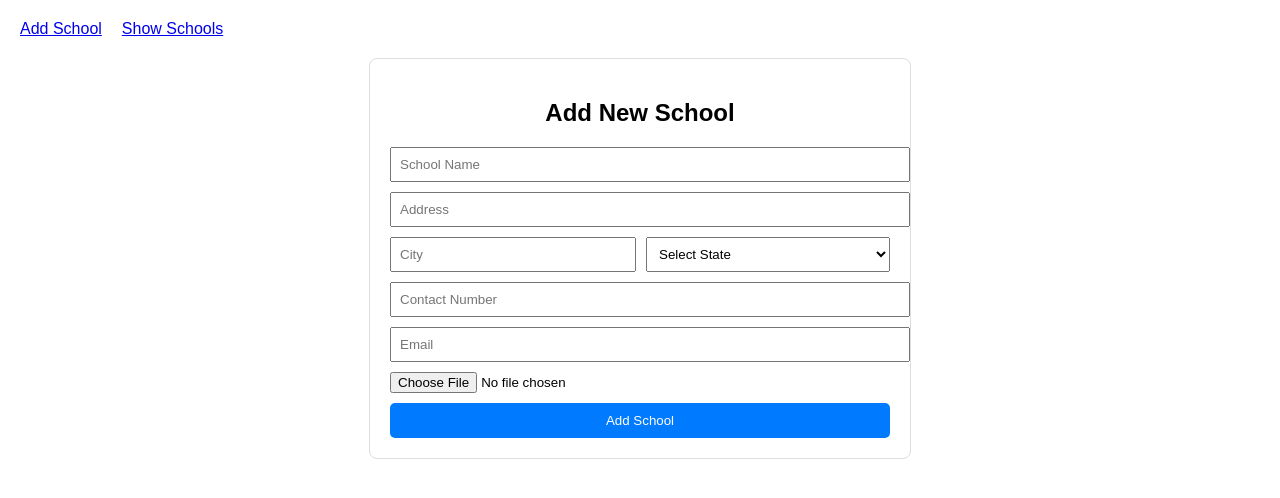
Repository: vigneshmudgonda/school_web
Page: /add (app in frontend/)
An editor plug-in stored every save of this project. The page is shown before and after the next save, followed by the edit.
The browser window is 1280 px wide. The pictures show the whole page.
The page's requests for data from a server got no answer. The project was rebuilt for these pictures with package versions that can differ from the ones it lists, and the page was loaded fresh each time. No one was signed in, and anything a server would have sent is missing. Also part of the build but not shown: frontend/src/pages/ShowSchools.jsx.

Above is the page before, as saved 2025-09-02 10:48:38.

### frontend/src/index.css
body {
  font-family: Arial, sans-serif;
  margin: 0;
  padding: 20px;
}

.navbar {
  display: flex;
  gap: 20px;
  margin-bottom: 20px;
}

.form-container {
  max-width: 400px;
  margin: auto;
  display: flex;
  flex-direction: column;
  gap: 10px;
}

button {
  padding: 10px;
  background: #0077ff;
  color: white;
  border: none;
  cursor: pointer;
}

button:hover {
  background: #0055cc;
}

.error {
  color: red;
  font-size: 12px;
}

.schools-container {
  display: grid;
  grid-template-columns: repeat(auto-fit, minmax(250px, 1fr));
  gap: 20px;
}

.school-card {
  border: 1px solid #ddd;
  padding: 15px;
  text-align: center;
  border-radius: 8px;
  background: #fafafa;
}

.school-card img {
  width: 100%;
  height: 150px;
  object-fit: cover;
  border-radius: 6px;
}

### frontend/src/App.js
import React from "react";
import { BrowserRouter as Router, Routes, Route, Link } from "react-router-dom";
import AddSchool from "./pages/AddSchool";
import ShowSchools from "./pages/ShowSchools";

const App = () => {
  return (
    <Router>
      <nav className="navbar">
        <Link to="/add">Add School</Link>
        <Link to="/show">Show Schools</Link>
      </nav>
      <Routes>
        <Route path="/add" element={<AddSchool />} />
        <Route path="/show" element={<ShowSchools />} />
      </Routes>
    </Router>
  );
};

export default App;

### frontend/src/pages/AddSchool.jsx
import React, { useState } from "react";
import { useForm } from "react-hook-form";
import axios from "axios";

const AddSchool = () => {
  const [preview, setPreview] = useState(null);
  const [loading, setLoading] = useState(false);

  const {
    register,
    handleSubmit,
    formState: { errors },
    reset
  } = useForm();

  const API_URL = process.env.REACT_APP_API_URL || "http://localhost:5000";

  const onSubmit = async (data) => {
    try {
      setLoading(true);
      const formData = new FormData();

      formData.append("name", data.name);
      formData.append("address", data.address);
      formData.append("city", data.city);
      formData.append("state", data.state);
      formData.append("contact", data.contact);
      formData.append("email_id", data.email_id);
      formData.append("image", data.image[0]);

      const res = await axios.post(`${API_URL}/schools`, formData, {
        headers: { "Content-Type": "multipart/form-data" },
      });

      alert(res.data.message || "School added successfully");
      reset();
      setPreview(null);
    } catch (err) {
      console.error(err);
      alert("Failed to add school");
    } finally {
      setLoading(false);
    }
  };

  const handleImageChange = (e) => {
    const file = e.target.files[0];
    if (file) {
      setPreview(URL.createObjectURL(file));
    } else {
      setPreview(null);
    }
  };

  return (
    <div style={{ maxWidth: "500px", margin: "20px auto", padding: "20px", border: "1px solid #ddd", borderRadius: "8px" }}>
      <h2 style={{ textAlign: "center" }}>Add New School</h2>
      <form onSubmit={handleSubmit(onSubmit)}>
        <div style={{ marginBottom: "10px" }}>
          <input
            type="text"
            placeholder="School Name"
            {...register("name", { required: "Name is required" })}
            style={{ width: "100%", padding: "8px" }}
          />
          {errors.name && <p style={{ color: "red" }}>{errors.name.message}</p>}
        </div>

        <div style={{ marginBottom: "10px" }}>
          <input
            type="text"
            placeholder="Address"
            {...register("address", { required: "Address is required" })}
            style={{ width: "100%", padding: "8px" }}
          />
          {errors.address && <p style={{ color: "red" }}>{errors.address.message}</p>}
        </div>

        <div style={{ display: "flex", gap: "10px", marginBottom: "10px" }}>
          <input
            type="text"
            placeholder="City"
            {...register("city", { required: "City is required" })}
            style={{ flex: 1, padding: "8px" }}
          />
          <select
            {...register("state", { required: "State is required" })}
            style={{ flex: 1, padding: "8px" }}
          >
            <option value="">Select State</option>
            <option value="Andhra Pradesh">Andhra Pradesh</option>
            <option value="Karnataka">Karnataka</option>
            <option value="Tamil Nadu">Tamil Nadu</option>
            <option value="Maharashtra">Maharashtra</option>
            <option value="Delhi">Delhi</option>
            {/* Add more states as needed */}
          </select>
        </div>
        {(errors.city || errors.state) && <p style={{ color: "red" }}>City and State are required</p>}

        <div style={{ marginBottom: "10px" }}>
          <input
            type="tel"
            placeholder="Contact Number"
            {...register("contact", {
              required: "Contact is required",
              pattern: { value: /^[0-9]{10}$/, message: "Contact must be 10 digits" },
            })}
            style={{ width: "100%", padding: "8px" }}
          />
          {errors.contact && <p style={{ color: "red" }}>{errors.contact.message}</p>}
        </div>

        <div style={{ marginBottom: "10px" }}>
          <input
            type="email"
            placeholder="Email"
            {...register("email_id", {
              required: "Email is required",
              pattern: { value: /^[^\s@]+@[^\s@]+\.[^\s@]+$/, message: "Invalid email format" },
            })}
            style={{ width: "100%", padding: "8px" }}
          />
          {errors.email_id && <p style={{ color: "red" }}>{errors.email_id.message}</p>}
        </div>

        <div style={{ marginBottom: "10px" }}>
          <input
            type="file"
            accept="image/*"
            {...register("image", { required: "Image is required" })}
            onChange={handleImageChange}
            style={{ width: "100%" }}
          />
          {errors.image && <p style={{ color: "red" }}>{errors.image.message}</p>}
        </div>

        {preview && (
          <div style={{ marginBottom: "10px", textAlign: "center" }}>
            <img src={preview} alt="Preview" style={{ width: "150px", borderRadius: "8px" }} />
          </div>
        )}

        <button
          type="submit"
          disabled={loading}
          style={{
            width: "100%",
            padding: "10px",
            backgroundColor: "#007bff",
            color: "white",
            border: "none",
            borderRadius: "5px",
            cursor: loading ? "not-allowed" : "pointer"
          }}
        >
          {loading ? "Submitting..." : "Add School"}
        </button>
      </form>
    </div>
  );
};

export default AddSchool;

Loaded but not shown: frontend/public/index.html (common file); frontend/src/index.js (common file); frontend/src/reportWebVitals.js (common file)

After the next save:
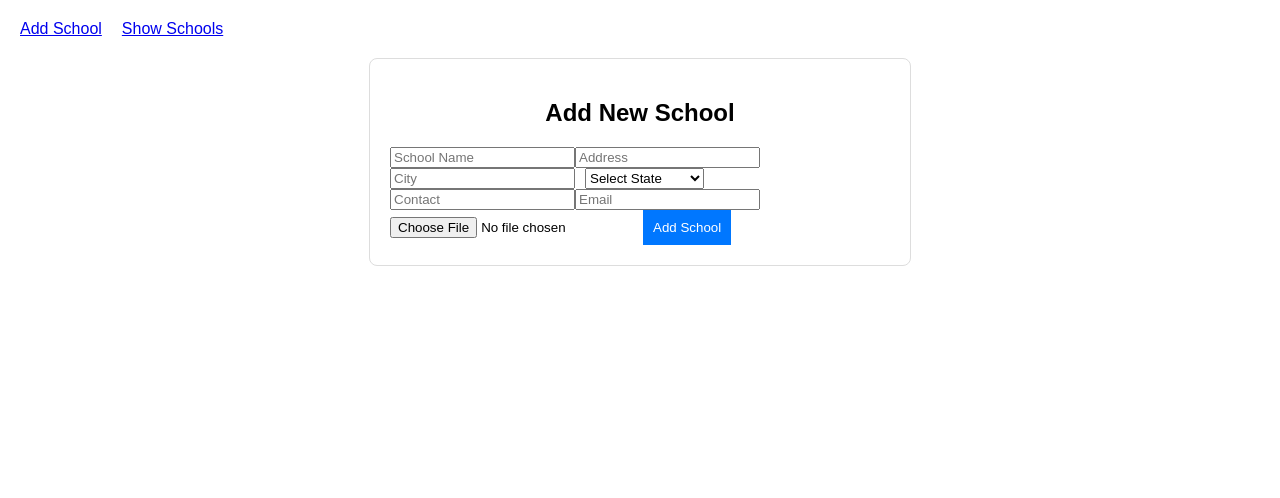
Saved 20 min 37 s later.
--- a/frontend/src/pages/AddSchool.jsx
+++ b/frontend/src/pages/AddSchool.jsx
@@ -6,27 +6,26 @@
   const [preview, setPreview] = useState(null);
   const [loading, setLoading] = useState(false);
 
-  const {
-    register,
-    handleSubmit,
-    formState: { errors },
-    reset
-  } = useForm();
-
+  const { register, handleSubmit, formState: { errors }, reset } = useForm();
   const API_URL = process.env.REACT_APP_API_URL || "http://localhost:5000";
 
   const onSubmit = async (data) => {
+    if (!data.image[0]) {
+      alert("Please select an image!");
+      return;
+    }
+
     try {
       setLoading(true);
+
       const formData = new FormData();
-
       formData.append("name", data.name);
       formData.append("address", data.address);
       formData.append("city", data.city);
       formData.append("state", data.state);
       formData.append("contact", data.contact);
       formData.append("email_id", data.email_id);
-      formData.append("image", data.image[0]);
+      formData.append("image", data.image[0]); // Must match backend field name
 
       const res = await axios.post(`${API_URL}/schools`, formData, {
         headers: { "Content-Type": "multipart/form-data" },
@@ -36,8 +35,8 @@
       reset();
       setPreview(null);
     } catch (err) {
-      console.error(err);
-      alert("Failed to add school");
+      console.error("Add school error:", err.response || err.message);
+      alert(err.response?.data?.error || "Failed to add school");
     } finally {
       setLoading(false);
     }
@@ -45,117 +44,52 @@
 
   const handleImageChange = (e) => {
     const file = e.target.files[0];
-    if (file) {
-      setPreview(URL.createObjectURL(file));
-    } else {
-      setPreview(null);
-    }
+    if (file) setPreview(URL.createObjectURL(file));
+    else setPreview(null);
   };
 
   return (
     <div style={{ maxWidth: "500px", margin: "20px auto", padding: "20px", border: "1px solid #ddd", borderRadius: "8px" }}>
       <h2 style={{ textAlign: "center" }}>Add New School</h2>
+
       <form onSubmit={handleSubmit(onSubmit)}>
-        <div style={{ marginBottom: "10px" }}>
-          <input
-            type="text"
-            placeholder="School Name"
-            {...register("name", { required: "Name is required" })}
-            style={{ width: "100%", padding: "8px" }}
-          />
-          {errors.name && <p style={{ color: "red" }}>{errors.name.message}</p>}
-        </div>
+        {/* Name */}
+        <input type="text" placeholder="School Name" {...register("name", { required: "Name is required" })} />
+        {errors.name && <p style={{ color: "red" }}>{errors.name.message}</p>}
 
-        <div style={{ marginBottom: "10px" }}>
-          <input
-            type="text"
-            placeholder="Address"
-            {...register("address", { required: "Address is required" })}
-            style={{ width: "100%", padding: "8px" }}
-          />
-          {errors.address && <p style={{ color: "red" }}>{errors.address.message}</p>}
-        </div>
+        {/* Address */}
+        <input type="text" placeholder="Address" {...register("address", { required: "Address is required" })} />
+        {errors.address && <p style={{ color: "red" }}>{errors.address.message}</p>}
 
-        <div style={{ display: "flex", gap: "10px", marginBottom: "10px" }}>
-          <input
-            type="text"
-            placeholder="City"
-            {...register("city", { required: "City is required" })}
-            style={{ flex: 1, padding: "8px" }}
-          />
-          <select
-            {...register("state", { required: "State is required" })}
-            style={{ flex: 1, padding: "8px" }}
-          >
+        {/* City & State */}
+        <div style={{ display: "flex", gap: "10px" }}>
+          <input type="text" placeholder="City" {...register("city", { required: "City is required" })} />
+          <select {...register("state", { required: "State is required" })}>
             <option value="">Select State</option>
             <option value="Andhra Pradesh">Andhra Pradesh</option>
             <option value="Karnataka">Karnataka</option>
             <option value="Tamil Nadu">Tamil Nadu</option>
             <option value="Maharashtra">Maharashtra</option>
             <option value="Delhi">Delhi</option>
-            {/* Add more states as needed */}
           </select>
         </div>
         {(errors.city || errors.state) && <p style={{ color: "red" }}>City and State are required</p>}
 
-        <div style={{ marginBottom: "10px" }}>
-          <input
-            type="tel"
-            placeholder="Contact Number"
-            {...register("contact", {
-              required: "Contact is required",
-              pattern: { value: /^[0-9]{10}$/, message: "Contact must be 10 digits" },
-            })}
-            style={{ width: "100%", padding: "8px" }}
-          />
-          {errors.contact && <p style={{ color: "red" }}>{errors.contact.message}</p>}
-        </div>
+        {/* Contact */}
+        <input type="tel" placeholder="Contact" {...register("contact", { required: "Contact is required", pattern: { value: /^[0-9]{10}$/, message: "10 digits required" } })} />
+        {errors.contact && <p style={{ color: "red" }}>{errors.contact.message}</p>}
 
-        <div style={{ marginBottom: "10px" }}>
-          <input
-            type="email"
-            placeholder="Email"
-            {...register("email_id", {
-              required: "Email is required",
-              pattern: { value: /^[^\s@]+@[^\s@]+\.[^\s@]+$/, message: "Invalid email format" },
-            })}
-            style={{ width: "100%", padding: "8px" }}
-          />
-          {errors.email_id && <p style={{ color: "red" }}>{errors.email_id.message}</p>}
-        </div>
+        {/* Email */}
+        <input type="email" placeholder="Email" {...register("email_id", { required: "Email is required", pattern: { value: /^[^\s@]+@[^\s@]+\.[^\s@]+$/, message: "Invalid email" } })} />
+        {errors.email_id && <p style={{ color: "red" }}>{errors.email_id.message}</p>}
 
-        <div style={{ marginBottom: "10px" }}>
-          <input
-            type="file"
-            accept="image/*"
-            {...register("image", { required: "Image is required" })}
-            onChange={handleImageChange}
-            style={{ width: "100%" }}
-          />
-          {errors.image && <p style={{ color: "red" }}>{errors.image.message}</p>}
-        </div>
+        {/* Image */}
+        <input type="file" accept="image/*" {...register("image", { required: "Image is required" })} onChange={handleImageChange} />
+        {errors.image && <p style={{ color: "red" }}>{errors.image.message}</p>}
 
-        {preview && (
-          <div style={{ marginBottom: "10px", textAlign: "center" }}>
-            <img src={preview} alt="Preview" style={{ width: "150px", borderRadius: "8px" }} />
-          </div>
-        )}
+        {preview && <img src={preview} alt="Preview" style={{ width: "150px", margin: "10px 0", borderRadius: "8px" }} />}
 
-        <button
-          type="submit"
-          disabled={loading}
-          style={{
-            width: "100%",
-            padding: "10px",
-            backgroundColor: "#007bff",
-            color: "white",
-            border: "none",
-            borderRadius: "5px",
-            cursor: loading ? "not-allowed" : "pointer"
-          }}
-        >
-          {loading ? "Submitting..." : "Add School"}
-        </button>
+        <button type="submit" disabled={loading}>{loading ? "Submitting..." : "Add School"}</button>
       </form>
     </div>
   );

After the save that followed:
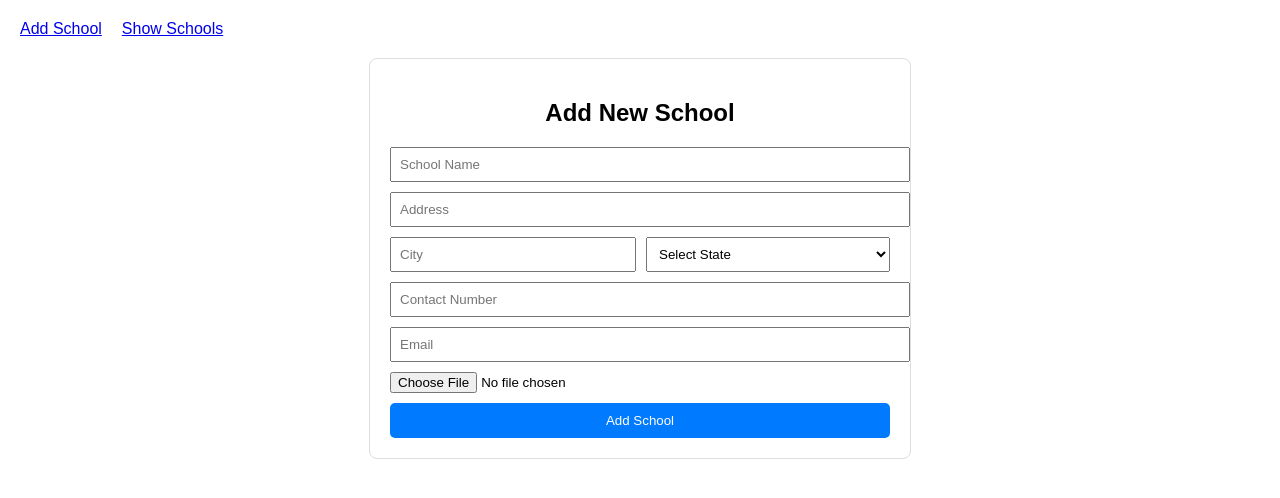
Saved 26 s later.
--- a/frontend/src/pages/AddSchool.jsx
+++ b/frontend/src/pages/AddSchool.jsx
@@ -6,26 +6,27 @@
   const [preview, setPreview] = useState(null);
   const [loading, setLoading] = useState(false);
 
-  const { register, handleSubmit, formState: { errors }, reset } = useForm();
+  const {
+    register,
+    handleSubmit,
+    formState: { errors },
+    reset
+  } = useForm();
+
   const API_URL = process.env.REACT_APP_API_URL || "http://localhost:5000";
 
   const onSubmit = async (data) => {
-    if (!data.image[0]) {
-      alert("Please select an image!");
-      return;
-    }
-
     try {
       setLoading(true);
+      const formData = new FormData();
 
-      const formData = new FormData();
       formData.append("name", data.name);
       formData.append("address", data.address);
       formData.append("city", data.city);
       formData.append("state", data.state);
       formData.append("contact", data.contact);
       formData.append("email_id", data.email_id);
-      formData.append("image", data.image[0]); // Must match backend field name
+      formData.append("image", data.image[0]);
 
       const res = await axios.post(`${API_URL}/schools`, formData, {
         headers: { "Content-Type": "multipart/form-data" },
@@ -35,8 +36,8 @@
       reset();
       setPreview(null);
     } catch (err) {
-      console.error("Add school error:", err.response || err.message);
-      alert(err.response?.data?.error || "Failed to add school");
+      console.error(err);
+      alert("Failed to add school");
     } finally {
       setLoading(false);
     }
@@ -44,52 +45,117 @@
 
   const handleImageChange = (e) => {
     const file = e.target.files[0];
-    if (file) setPreview(URL.createObjectURL(file));
-    else setPreview(null);
+    if (file) {
+      setPreview(URL.createObjectURL(file));
+    } else {
+      setPreview(null);
+    }
   };
 
   return (
     <div style={{ maxWidth: "500px", margin: "20px auto", padding: "20px", border: "1px solid #ddd", borderRadius: "8px" }}>
       <h2 style={{ textAlign: "center" }}>Add New School</h2>
+      <form onSubmit={handleSubmit(onSubmit)}>
+        <div style={{ marginBottom: "10px" }}>
+          <input
+            type="text"
+            placeholder="School Name"
+            {...register("name", { required: "Name is required" })}
+            style={{ width: "100%", padding: "8px" }}
+          />
+          {errors.name && <p style={{ color: "red" }}>{errors.name.message}</p>}
+        </div>
 
-      <form onSubmit={handleSubmit(onSubmit)}>
-        {/* Name */}
-        <input type="text" placeholder="School Name" {...register("name", { required: "Name is required" })} />
-        {errors.name && <p style={{ color: "red" }}>{errors.name.message}</p>}
+        <div style={{ marginBottom: "10px" }}>
+          <input
+            type="text"
+            placeholder="Address"
+            {...register("address", { required: "Address is required" })}
+            style={{ width: "100%", padding: "8px" }}
+          />
+          {errors.address && <p style={{ color: "red" }}>{errors.address.message}</p>}
+        </div>
 
-        {/* Address */}
-        <input type="text" placeholder="Address" {...register("address", { required: "Address is required" })} />
-        {errors.address && <p style={{ color: "red" }}>{errors.address.message}</p>}
-
-        {/* City & State */}
-        <div style={{ display: "flex", gap: "10px" }}>
-          <input type="text" placeholder="City" {...register("city", { required: "City is required" })} />
-          <select {...register("state", { required: "State is required" })}>
+        <div style={{ display: "flex", gap: "10px", marginBottom: "10px" }}>
+          <input
+            type="text"
+            placeholder="City"
+            {...register("city", { required: "City is required" })}
+            style={{ flex: 1, padding: "8px" }}
+          />
+          <select
+            {...register("state", { required: "State is required" })}
+            style={{ flex: 1, padding: "8px" }}
+          >
             <option value="">Select State</option>
             <option value="Andhra Pradesh">Andhra Pradesh</option>
             <option value="Karnataka">Karnataka</option>
             <option value="Tamil Nadu">Tamil Nadu</option>
             <option value="Maharashtra">Maharashtra</option>
             <option value="Delhi">Delhi</option>
+            {/* Add more states as needed */}
           </select>
         </div>
         {(errors.city || errors.state) && <p style={{ color: "red" }}>City and State are required</p>}
 
-        {/* Contact */}
-        <input type="tel" placeholder="Contact" {...register("contact", { required: "Contact is required", pattern: { value: /^[0-9]{10}$/, message: "10 digits required" } })} />
-        {errors.contact && <p style={{ color: "red" }}>{errors.contact.message}</p>}
+        <div style={{ marginBottom: "10px" }}>
+          <input
+            type="tel"
+            placeholder="Contact Number"
+            {...register("contact", {
+              required: "Contact is required",
+              pattern: { value: /^[0-9]{10}$/, message: "Contact must be 10 digits" },
+            })}
+            style={{ width: "100%", padding: "8px" }}
+          />
+          {errors.contact && <p style={{ color: "red" }}>{errors.contact.message}</p>}
+        </div>
 
-        {/* Email */}
-        <input type="email" placeholder="Email" {...register("email_id", { required: "Email is required", pattern: { value: /^[^\s@]+@[^\s@]+\.[^\s@]+$/, message: "Invalid email" } })} />
-        {errors.email_id && <p style={{ color: "red" }}>{errors.email_id.message}</p>}
+        <div style={{ marginBottom: "10px" }}>
+          <input
+            type="email"
+            placeholder="Email"
+            {...register("email_id", {
+              required: "Email is required",
+              pattern: { value: /^[^\s@]+@[^\s@]+\.[^\s@]+$/, message: "Invalid email format" },
+            })}
+            style={{ width: "100%", padding: "8px" }}
+          />
+          {errors.email_id && <p style={{ color: "red" }}>{errors.email_id.message}</p>}
+        </div>
 
-        {/* Image */}
-        <input type="file" accept="image/*" {...register("image", { required: "Image is required" })} onChange={handleImageChange} />
-        {errors.image && <p style={{ color: "red" }}>{errors.image.message}</p>}
+        <div style={{ marginBottom: "10px" }}>
+          <input
+            type="file"
+            accept="image/*"
+            {...register("image", { required: "Image is required" })}
+            onChange={handleImageChange}
+            style={{ width: "100%" }}
+          />
+          {errors.image && <p style={{ color: "red" }}>{errors.image.message}</p>}
+        </div>
 
-        {preview && <img src={preview} alt="Preview" style={{ width: "150px", margin: "10px 0", borderRadius: "8px" }} />}
+        {preview && (
+          <div style={{ marginBottom: "10px", textAlign: "center" }}>
+            <img src={preview} alt="Preview" style={{ width: "150px", borderRadius: "8px" }} />
+          </div>
+        )}
 
-        <button type="submit" disabled={loading}>{loading ? "Submitting..." : "Add School"}</button>
+        <button
+          type="submit"
+          disabled={loading}
+          style={{
+            width: "100%",
+            padding: "10px",
+            backgroundColor: "#007bff",
+            color: "white",
+            border: "none",
+            borderRadius: "5px",
+            cursor: loading ? "not-allowed" : "pointer"
+          }}
+        >
+          {loading ? "Submitting..." : "Add School"}
+        </button>
       </form>
     </div>
   );
